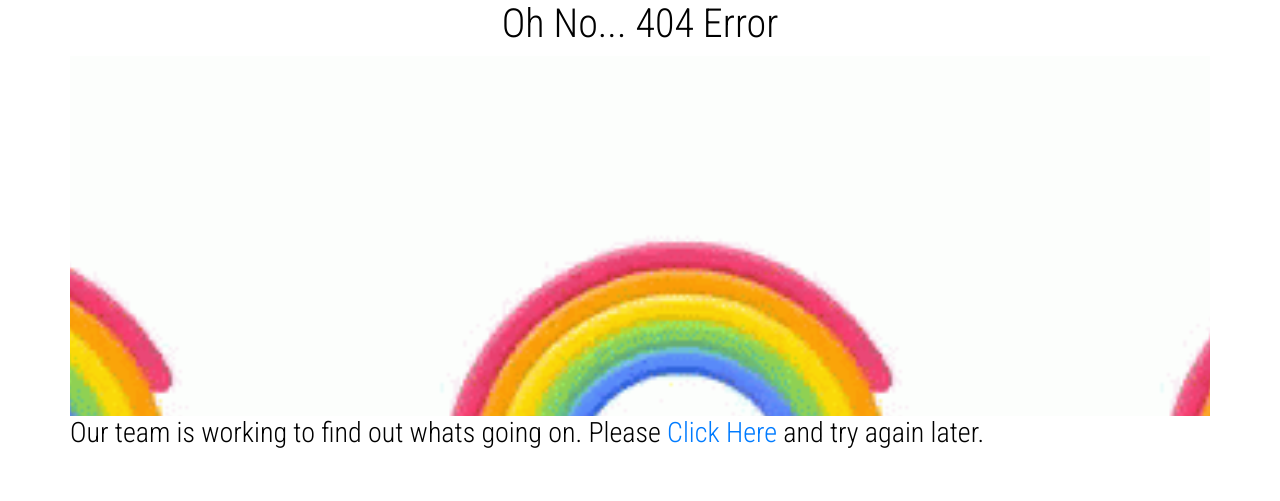
Repository: Code-Institute-Submissions/https-github.com-callendera-Milestone-Project-2
Page: 404.html
The author's editor kept a record of every edit. The page is drawn from the files as they stood at one moment, then again after the next edit.
The browser window is 1280 px wide. The pictures show the whole page.
Some web libraries are served in a nearby version.

Above is the page before.
Console error: TypeError: Cannot read properties of undefined (reading 'fn')

### 404.html
<!DOCTYPE html>
<html lang="en">

<head>
    <meta charset="UTF-8">
    <meta name="viewport" content="width=device-width, initial-scale=1.0">
    <meta http-equiv="X-UA-Compatible" content="ie=edge">
    <title>Fayette County PRIDE</title>


    <link href="https://fonts.googleapis.com/css?family=Amatic+SC:700|Roboto+Condensed:300&display=swap" rel="stylesheet">

    <!--this code provides my Icons-->
    <link rel="stylesheet" href="https://use.fontawesome.com/releases/v5.8.1/css/all.css" integrity="sha384-50oBUHEmvpQ+1lW4y57PTFmhCaXp0ML5d60M1M7uH2+nqUivzIebhndOJK28anvf" crossorigin="anonymous">
    <!--this code allows me to use bootstrap styles and pieces of code-->
    <link rel="stylesheet" href="https://stackpath.bootstrapcdn.com/bootstrap/4.3.1/css/bootstrap.min.css" integrity="sha384-ggOyR0iXCbMQv3Xipma34MD+dH/1fQ784/j6cY/iJTQUOhcWr7x9JvoRxT2MZw1T" crossorigin="anonymous">

    <!--links to my style sheet: style.css-->
    <link rel="stylesheet" href="assets/css/style.css" type="text/css" />




</head>

<body class="text-center">

    <div class="container">
        <div class="row">
            <h1 class="col-12">Oh No... 404 Error</h1>
            <div class="error-body col-12">

            </div>
            <h3>Our team is working to find out whats going on. Please <a href="index.html">Click Here</a> and try again later.</h3>
        </div>
    </div>

    <!--positioning engine, used throughout webpage-->
    <script src="https://cdnjs.cloudflare.com/ajax/libs/popper.js/1.14.7/umd/popper.min.js " integrity="sha384-UO2eT0CpHqdSJQ6hJty5KVphtPhzWj9WO1clHTMGa3JDZwrnQq4sF86dIHNDz0W1 " crossorigin="anonymous "></script>

    <!--script needed to link my bootstrap javascript classes-->
    <script src="https://stackpath.bootstrapcdn.com/bootstrap/4.3.1/js/bootstrap.min.js " integrity="sha384-JjSmVgyd0p3pXB1rRibZUAYoIIy6OrQ6VrjIEaFf/nJGzIxFDsf4x0xIM+B07jRM " crossorigin="anonymous "></script>


    </div>

    <!-- Modal -->


</body>

</html>

### assets/css/style.css
/** {*/

/*  background: #000 !important;*/

/*  color: #0f0 !important;*/

/*  outline: solid #f00 1px !important;*/

/*}*/

/*--Background Styles--*/

body {
    font-family: 'Roboto Condensed', sans-serif;

    background-color: #ffffff;
    color: black;
    font-size: 20px;
}

footer {
    background-color: #686464;
    color: #ffffff;
    font-size: 12px;
}

.error-body {
    background: url("../images/bounce.gif")repeat center center fixed;
    -webkit-background-size: cover;
    -moz-background-size: cover;
    -o-background-size: cover;
    background-size: contain;

    overflow: hidden;

    align-items: center;
    justify-content: center;
    height: 50vh;
}

.contact-info {
    padding-top: 20px;
}

.callout-container {
    /*--- sets background image for callout container. it is set to not repeat, so the image doesnt stretch, and the image will be centered horizontally and pushed to the top of the container. the background will also not scroll, but remained positioned so things will scroll past it---*/
    background: url("../images/crowd.jpg")no-repeat center center fixed;
    /*--- adjusts background for different browsers ---*/
    -webkit-background-size: cover;
    -moz-background-size: cover;
    -o-background-size: cover;
    background-size: cover;

    /*--- makes the background fit to the container ---*/
    overflow: hidden;

    /*--- aligns and justifies text in container ---*/
    align-items: center;
    justify-content: center;
    /*--- the height that container will take up in the viewport ---*/
    height: 100vh;

}

.involved-container {
    color: black;
    padding-top: 500px;

    /*--- makes the background fit to the container ---*/
    overflow: hidden;

    /*--- aligns and justifies text in container ---*/
    align-items: center;
    justify-content: center;
    /*--- the height that container will take up in the viewport ---*/
    height: 60vh;

}

.opaque-overlay {
    /*---positioned relative to the nearest positioned ancestor---*/
    position: absolute;
    top: 0;
    left: 0;
    /*--- size of overlay to just cover background image ---*/
    height: 100%;
    width: 100%;
    /*--- color of background to be grey but almost transparent to make white text stand out ---*/
    background-color: rgba(0, 0, 0, 0.55);

    /*---pulls content forward to be visible on Z-index axis---*/
    z-index: 1;

}

/*--Navbar Styles--*/

.my-navbar {
    font-family: 'Roboto Condensed', sans-serif;

    /*--- removes margins automatically set by bootstrap ---*/
    margin: 0;
    /*--- removes padding automatically set by bootstrap ---*/
    padding-left: 20px;
    padding-right: 20px;
    padding-bottom: 0;
    padding-top: 0;
    background-color: #ffffff;
    /*--- color of text white ---*/
    height: 150px;
}

.my-navbar-nav {
    /*--- removes padding automatically set by bootstrap ---*/
    padding-left: 30px;
    background-color: #ffffff;


}



.my-nav-link {
    /*--- color of text white ---*/
    color: black;
    /*--- color change transition when hovering over my-nav-link ---*/
    transition: all 0.40s ease-in-out;
    -moz-transition: all 0.40s ease-in-out;
    -webkit-transition: all 0.40s ease-in-out;
    -o-transition: all 0.40s ease-in-out;
    /*--- adjustments for each web browser ---*/
}


.my-navbar-toggler {
    /*--- display to fill contents ---*/
    display: contents;
    width: 2em;
    height: 2em;
    /*--- aligns to fit toggler container ---*/
    vertical-align: middle;
    /*--- content aligned according to parent element ---*/
    content: "";
    /*--- toggler doesn't repeat and it center to container ---*/
    background: no-repeat center center;
    /*--- toggler 100% of toggler container ---*/
    background-size: 100% 100%;

    /*--- color of text white ---*/
    color: black;
    /*--- removes margins automatically set by bootstrap ---*/
    margin-right: 30px;
}

.my-navbar-toggler-icon {
    /*--- color of icon white ---*/
    color: black;

}

.my-navbar-brand {
    font-family: 'Amatic SC', cursive;

}

/*--Buttons--*/

.my-btn {
    /*---blue color--*/
    background-color: #28a74500;
    border-color: #03A9F4;
    color: #03A9F4;
    font-weight: 800;

}

.my-btn:hover {
    /*--- color of background: blue ---*/
    background-color: #03A9F4;
    /*--- when mouse is hovered the button will transition for .40seconds to a darker green color. the color will gradually ease in and then ease out. ---*/
    transition: all 0.40s ease-in-out;
    -moz-transition: all 0.40s ease-in-out;
    -webkit-transition: all 0.40s ease-in-out;
    -o-transition: all 0.40s ease-in-out;
    /*--- adjustments for each web browser ---*/
}

.my-involved-btn {
    background-color: #ffffff;
    border-color: #03A9F4;
    color: #03A9F4;
}

.my-involved-btn:hover {
    /*--- color of background: blue ---*/
    background-color: #03A9F4;
    /*--- when mouse is hovered the button will transition for .40seconds to a darker green color. the color will gradually ease in and then ease out. ---*/
    transition: all 0.40s ease-in-out;
    -moz-transition: all 0.40s ease-in-out;
    -webkit-transition: all 0.40s ease-in-out;
    -o-transition: all 0.40s ease-in-out;
    /*--- adjustments for each web browser ---*/
}

.app-heading {
    padding-bottom: 30px;
}


.volunteer-form {
    padding-top: 200px;
    padding-bottom: 100px;
}

.footer-NPO {
    padding-top: 20px;
}

.footer-social-media {
    padding-left: 20px;
    padding-top: 20px;
}

.footer-social-media i {
    /*---blue color--*/
    color: #03A9F4;
    font-size: 20px;

}

.footer-social-media i:hover {
    /*--- color of background: darker green ---*/
    color: #2567ae;
    /*--- when mouse is hovered the button will transition for .40seconds to a darker green color. the color will gradually ease in and then ease out. ---*/
    transition: all 0.40s ease-in-out;
    -moz-transition: all 0.40s ease-in-out;
    -webkit-transition: all 0.40s ease-in-out;
    -o-transition: all 0.40s ease-in-out;
    /*--- adjustments for each web browser ---*/
}

.social-heading {
    padding-top: 100px;
    font-size: 25px;
}

.social-media i {
    /*---blue color--*/
    color: #03A9F4;
    font-size: 30px;
    padding: 15px;
}

.social-media i:hover {
    /*--- color of background: darker green ---*/
    color: #2567ae;
    /*--- when mouse is hovered the button will transition for .40seconds to a darker green color. the color will gradually ease in and then ease out. ---*/
    transition: all 0.40s ease-in-out;
    -moz-transition: all 0.40s ease-in-out;
    -webkit-transition: all 0.40s ease-in-out;
    -o-transition: all 0.40s ease-in-out;
    /*--- adjustments for each web browser ---*/
}


.my-icon i {
    /*---blue color--*/
    color: #03A9F4;
    font-size: 50px;
}

.my-icon i:hover {
    /*--- color of background: darker blue ---*/
    color: #2567ae;
    /*--- when mouse is hovered the button will transition for .40seconds to a darker blue color. the color will gradually ease in and then ease out. ---*/
    transition: all 0.40s ease-in-out;
    -moz-transition: all 0.40s ease-in-out;
    -webkit-transition: all 0.40s ease-in-out;
    -o-transition: all 0.40s ease-in-out;
    /*--- adjustments for each web browser ---*/
}

/*--- Images ---*/

.involved-div3 {

    background: url("../images/holding.jpg")no-repeat center center;
    /*--- adjusts background for different browsers ---*/
    -webkit-background-size: cover;
    -moz-background-size: cover;
    -o-background-size: cover;
    background-size: cover;

    /*--- makes the background fit to the container ---*/
    overflow: hidden;

    /*--- aligns and justifies text in container ---*/
    align-items: center;
    justify-content: center;

    width: 300px;
    height: 300px;
}

.involved-div2 {

    background: url("../images/vendors.jpg")no-repeat center center;
    /*--- adjusts background for different browsers ---*/
    -webkit-background-size: cover;
    -moz-background-size: cover;
    -o-background-size: cover;
    background-size: cover;

    /*--- makes the background fit to the container ---*/
    overflow: hidden;

    /*--- aligns and justifies text in container ---*/
    align-items: center;
    justify-content: center;

    width: 300px;
    height: 300px;
}

.involved-div1 {

    background: url("../images/rainbow.jpg")no-repeat center center;
    /*--- adjusts background for different browsers ---*/
    -webkit-background-size: cover;
    -moz-background-size: cover;
    -o-background-size: cover;
    background-size: cover;

    /*--- makes the background fit to the container ---*/
    overflow: hidden;

    /*--- aligns and justifies text in container ---*/
    align-items: center;
    justify-content: center;

    width: 300px;
    height: 300px;
}

.involved-padding {
    /*padding-top: 10px;*/
    font-size: 14.3px;
}


.involved-margin {
    margin-top: 40px;
}


.involved-span {
    width: 200px;
    height: 300px;
    background-color: #03A9F4;
    margin: auto;
    color: #ffffff;
}

.event-container {
    padding-top: 80px;
}

.history-div {
    width: 300px;
    margin: auto;
    padding-top: 150px;
}

.group-image-div {

    background: url("../images/group.png")no-repeat center center;
    /*--- adjusts background for different browsers ---*/
    -webkit-background-size: cover;
    -moz-background-size: cover;
    -o-background-size: cover;
    background-size: cover;

    /*--- makes the background fit to the container ---*/
    overflow: hidden;

    /*--- aligns and justifies text in container ---*/
    align-items: center;
    justify-content: center;

    height: 300px;
    width: 800px;
    margin-left: ;

}

.insta1 {
    background: url("../images/day.png")no-repeat center center;
    /*--- adjusts background for different browsers ---*/
    -webkit-background-size: cover;
    -moz-background-size: cover;
    -o-background-size: cover;
    background-size: cover;

    /*--- makes the background fit to the container ---*/
    overflow: hidden;

    /*--- aligns and justifies text in container ---*/
    align-items: center;
    justify-content: center;
}

.insta2 {
    background: url("../images/stonewall.png")no-repeat center center;
    /*--- adjusts background for different browsers ---*/
    -webkit-background-size: cover;
    -moz-background-size: cover;
    -o-background-size: cover;
    background-size: cover;

    /*--- makes the background fit to the container ---*/
    overflow: hidden;

    /*--- aligns and justifies text in container ---*/
    align-items: center;
    justify-content: center;
}

.insta3 {
    background: url("../images/pride2.png")no-repeat center center;
    /*--- adjusts background for different browsers ---*/
    -webkit-background-size: cover;
    -moz-background-size: cover;
    -o-background-size: cover;
    background-size: cover;

    /*--- makes the background fit to the container ---*/
    overflow: hidden;

    /*--- aligns and justifies text in container ---*/
    align-items: center;
    justify-content: center;
}

.insta4 {
    background: url("../images/poster.png")no-repeat center center;
    /*--- adjusts background for different browsers ---*/
    -webkit-background-size: cover;
    -moz-background-size: cover;
    -o-background-size: cover;
    background-size: cover;

    /*--- makes the background fit to the container ---*/
    overflow: hidden;
    /*--- aligns and justifies text in container ---*/
    align-items: center;
    justify-content: center;
}


.insta5 {
    background: url("../images/wrong.png")no-repeat center center;
    /*--- adjusts background for different browsers ---*/
    -webkit-background-size: cover;
    -moz-background-size: cover;
    -o-background-size: cover;
    background-size: cover;

    /*--- makes the background fit to the container ---*/
    overflow: hidden;

    /*--- aligns and justifies text in container ---*/
    align-items: center;
    justify-content: center;
}

.insta6 {
    background: url("../images/sky.png")no-repeat center center;
    /*--- adjusts background for different browsers ---*/
    -webkit-background-size: cover;
    -moz-background-size: cover;
    -o-background-size: cover;
    background-size: cover;

    /*--- makes the background fit to the container ---*/
    overflow: hidden;

    /*--- aligns and justifies text in container ---*/
    align-items: center;
    justify-content: center;
}

.insta-container {
    padding-left: 85px;
}

.insta-div {
    width: 200px;
    height: 200px;
    background-color: black;
    margin-bottom: 40px;
}

/*---------------TIMELINE-------------*/

.time-map-margin {
    margin-top: 40px;
}

.map {
    height: 200px;
}

div#map {

    min-height: 360px;

}

.events-heading {
    margin-top: 80px;
}

.my-timeline-item {
    /*--- removes padding automatically set by bootstrap ---*/
    padding: 4em 2em 0em 2em;
    /*---positioned relative to normal position---*/
    position: relative;
    /*--- creates solid line for timeline ---*/
    border-left: 1px solid;
}

.my-timeline-item p {
    /*--- removes padding automatically set by bootstrap ---*/
    padding: 0;
    /*--- removes margins automatically set by bootstrap ---*/
    margin: 0;
}

/*--- 'before' sets dates ---*/

.my-timeline-item:before {
    /*--- timeline displays dates to and the attribute sets them to be in order ---*/
    content: attr(data-dates);
    position: absolute;
    left: 2.5em;
    top: 3em;
    display: block;
    font-weight: 500;
    font-size: 0.8em;
    /*--- removes padding automatically set by bootstrap ---*/
    padding: 0;
    /*--- removes margins automatically set by bootstrap ---*/
    margin: 0;
}

/*--- 'after sets dots  ---*/

.my-timeline-item:after {
    width: 12px;
    height: 12px;
    display: block;
    top: 2.4em;
    /*---positioned relative to the nearest positioned ancestor---*/
    position: absolute;
    left: -6px;
    border-radius: 12px;
    content: '';
    background-color: black;
}

.my-timeline {
    /*--- removes padding automatically set by bootstrap ---*/
    padding-left: 100px;
    padding-top: 20px;
    padding-right: 50px;
    padding-bottom: 20px;

    z-index: 2;
}



/*---MISC.--*/

.my-block-divider {
    width: 250px;
    height: 3px;
    /*--- no outline on divider ---*/
    border: 0;
    /*--- color of block divider, grey and slightly transparent ---*/
    background-color: #ffeb3b;
}

.my-text-box {
    padding: 25px;
}

.myform {
    width: 250px;
    margin: auto;
}

.my-jumbotron {
    height: 630px;
    width: 325px;
    margin-left: 25px;
    margin-top: 120px;
    font-size: 40px;

}

.involved-container {
    padding: 0px;
}

.cover-heading {
    font-family: 'Amatic SC', cursive;
    font-size: 100px;
    padding-top: 100px;

}

/*---Media Queries--*/

@media (min-width: 576px) {
    .my-navbar-nav {
        padding-left: 0px;
    }

    .opaque-overlay {
        height: 60vh;

    }

    .involved-container {
        padding: 0px;
    }

    .my-jumbotron {
        width: 500px;
        margin-left: 38px;
        margin-right: 38px;
        margin-top: 90px;
    }
    .myform {
        width: 400px;
    }

    .insta-div {
        height: 130px;
        width: 130px;
        margin: 10px;
    }

    .insta-container {
        margin: auto;
        padding-left: 60px;
        padding-right: 60px;
    }

}

@media (min-width: 768px) {

    .insta-div {
        height: 170px;
        width: 170px;
        margin: 10px;
    }

    .insta-container {
        margin: auto;
        padding-left: 90px;
        padding-right: 60px;
    }

    .involved-padding {
        padding-top: 40px;
    }

    .involved-span {
        padding-top: 30px;

    }
    .history-div {
        width: 600px;

        padding-top: 150px;

    }

    .my-jumbotron {
        width: 600px;
        margin-left: 84px;
        margin-right: 84px;
        margin-top: 100px;
    }

    .myform {
        width: 500px;
        margin: auto;
    }
}

@media (min-width: 992px) {

    .my-jumbotron {
        width: 900px;
        margin-left: 46px;
        margin-right: 46px;
        margin-top: 85px;
    }

    .myform {
        width: 800px;
    }

    .involved-margin {
        margin-left: 150px;
        margin-right: 150px;
        margin-top: 40px;

    }

    .involved-span {
        padding-top: 30px;
        background-color: #03A9F4;
        margin-top: 200px;
        color: #ffffff;
    }

    .history-div {
        width: 600px;

        padding-top: 150px;

    }

    .insta-div {

        margin: 40px;
    }


}

@media (min-width: 1200px) {

    .opaque-overlay {
        height: 90vh;

    }

    .my-jumbotron {

        width: 1150px;
        margin: auto;
        margin-top: 100px;

    }


    .history-div {
        width: 600px;

        padding-top: 150px;
        margin: auto;
    }



    .involved-margin {
        margin-left: 140px;
        margin-right: 250px;
        margin-top: 40px;
        width: 850px;
    }



    .involved-span {

        background-color: #03A9F4;
        margin-top: 200px;
        color: #ffffff;
    }

    .involved-div1 {
        width: 300px;
        height: 300px;
    }
    .involved-div2 {
        width: 300px;
        height: 300px;
    }
    .involved-div3 {
        width: 300px;
        height: 300px;
    }

    .myform {
        width: 1100px;
        margin: auto;
    }

    .involved-padding {
        padding-right: 15px;
        padding-left: 15px;
        padding-top: 40px;
    }


    .my-block-divider {
        width: 300px;

    }

    .insta-div {
        width: 250px;
        height: 250px;
        background-color: black;
        margin: 40px;
    }
}

After the next edit:
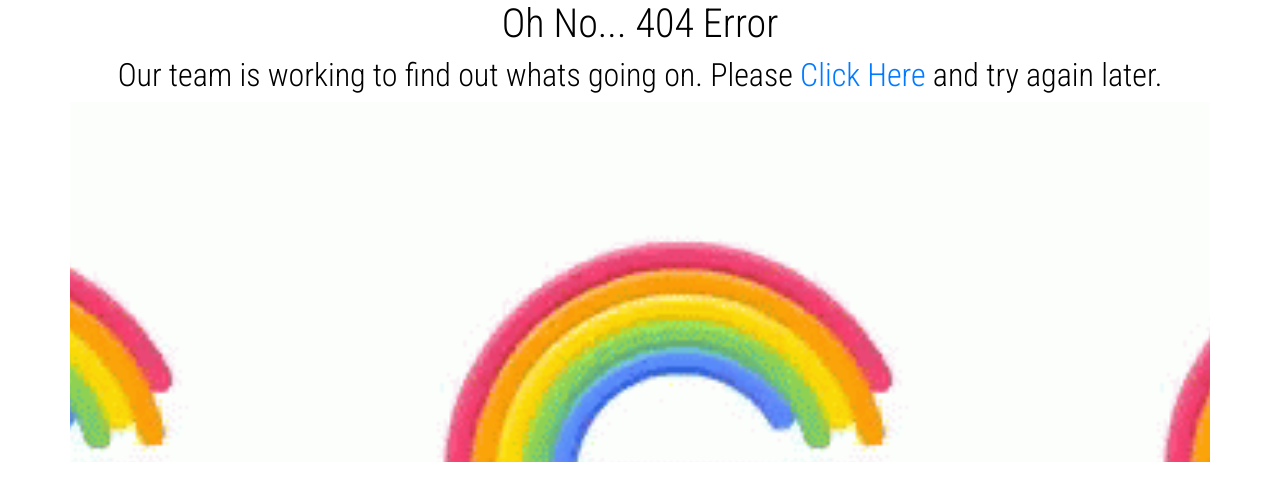
The edit:
--- a/404.html
+++ b/404.html
@@ -28,10 +28,11 @@
     <div class="container">
         <div class="row">
             <h1 class="col-12">Oh No... 404 Error</h1>
+
+            <h2 class="col-12">Our team is working to find out whats going on. Please <a href="index.html">Click Here</a> and try again later.</h3>
             <div class="error-body col-12">
 
             </div>
-            <h3>Our team is working to find out whats going on. Please <a href="index.html">Click Here</a> and try again later.</h3>
         </div>
     </div>
 
